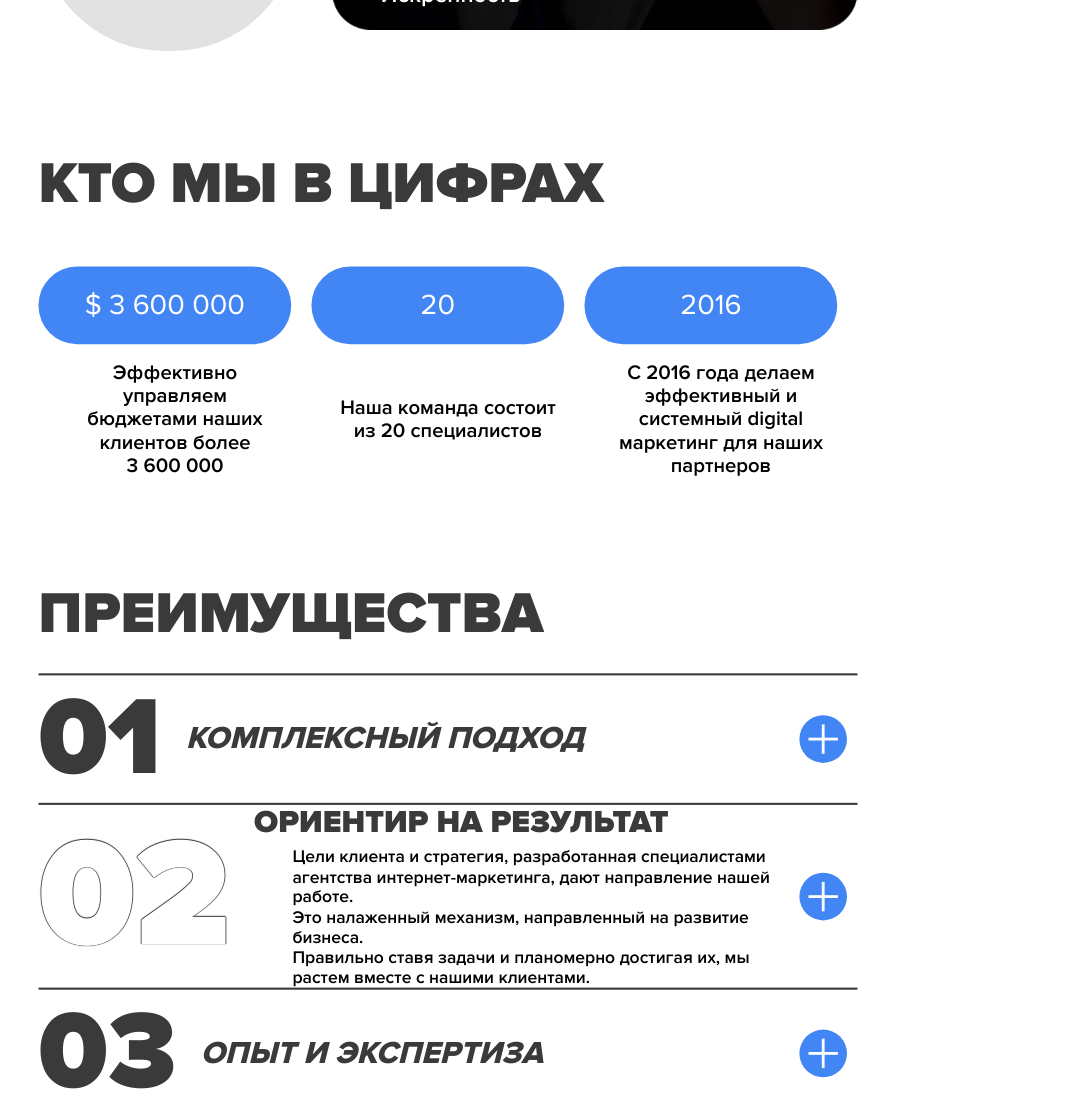
Repository: fanbear/Mnews
Page: index.html
The author's editor kept a copy of each file at every save. The page is drawn from the files as they stood at one save, then again after the next save.
The browser window is 1280 px wide. The page is 1525 px wide, so the pictures cover 1525 px, including what lies to the right of the window. The pictures show the part of the page from y = 2547 to 4147 px (the page is 4147 px tall), at 70% of full size.
Some web libraries are served in a nearby version.

Above is the page before, as saved 2022-07-26 21:22:41.

After the next save:
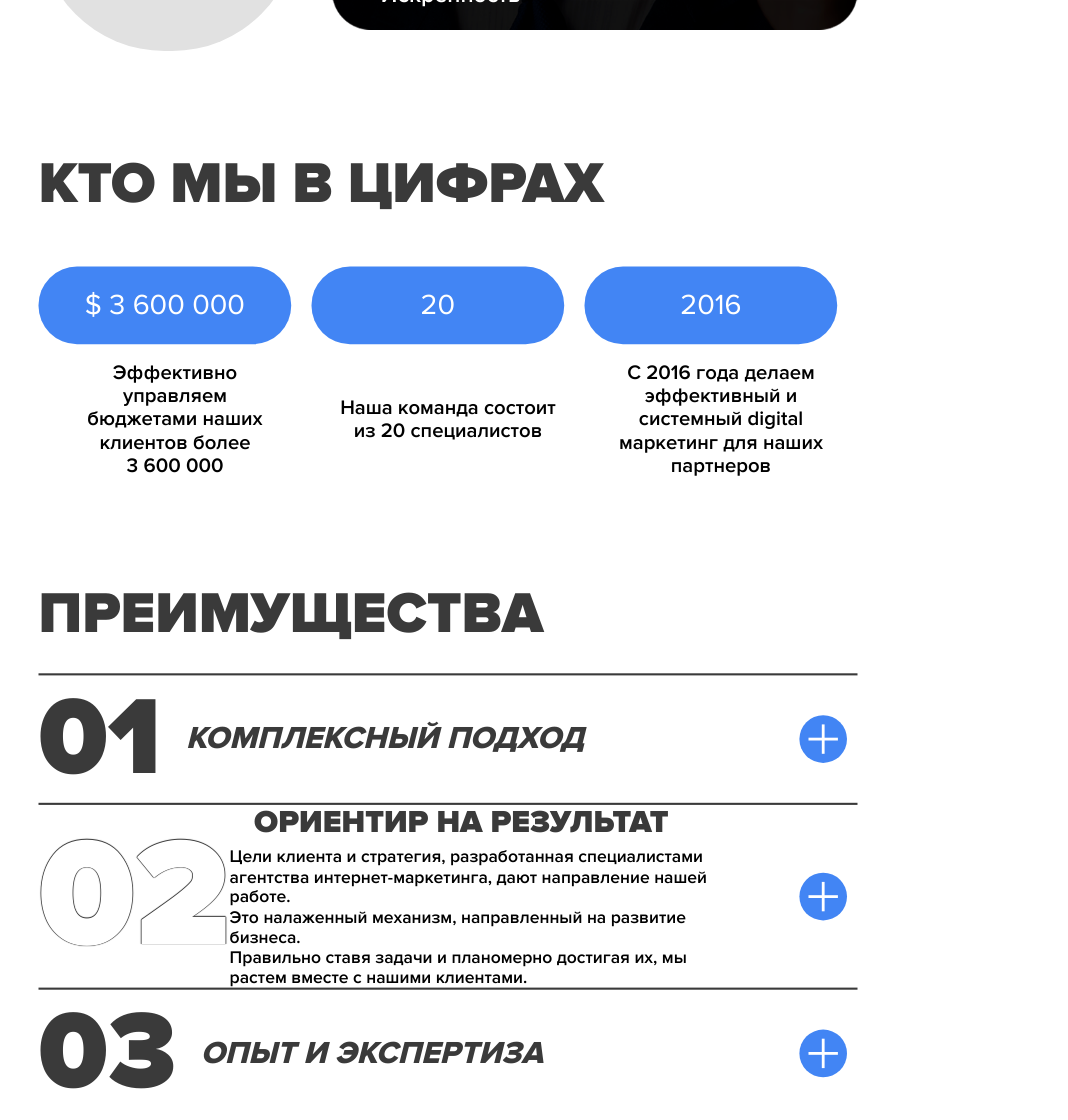
Saved 21 s later.
--- a/css/main.css
+++ b/css/main.css
@@ -279,5 +279,4 @@
     font-size: 25px;
     font-weight: 500;
     max-width: 80%;
-    margin: 0 auto;
-}
+}
